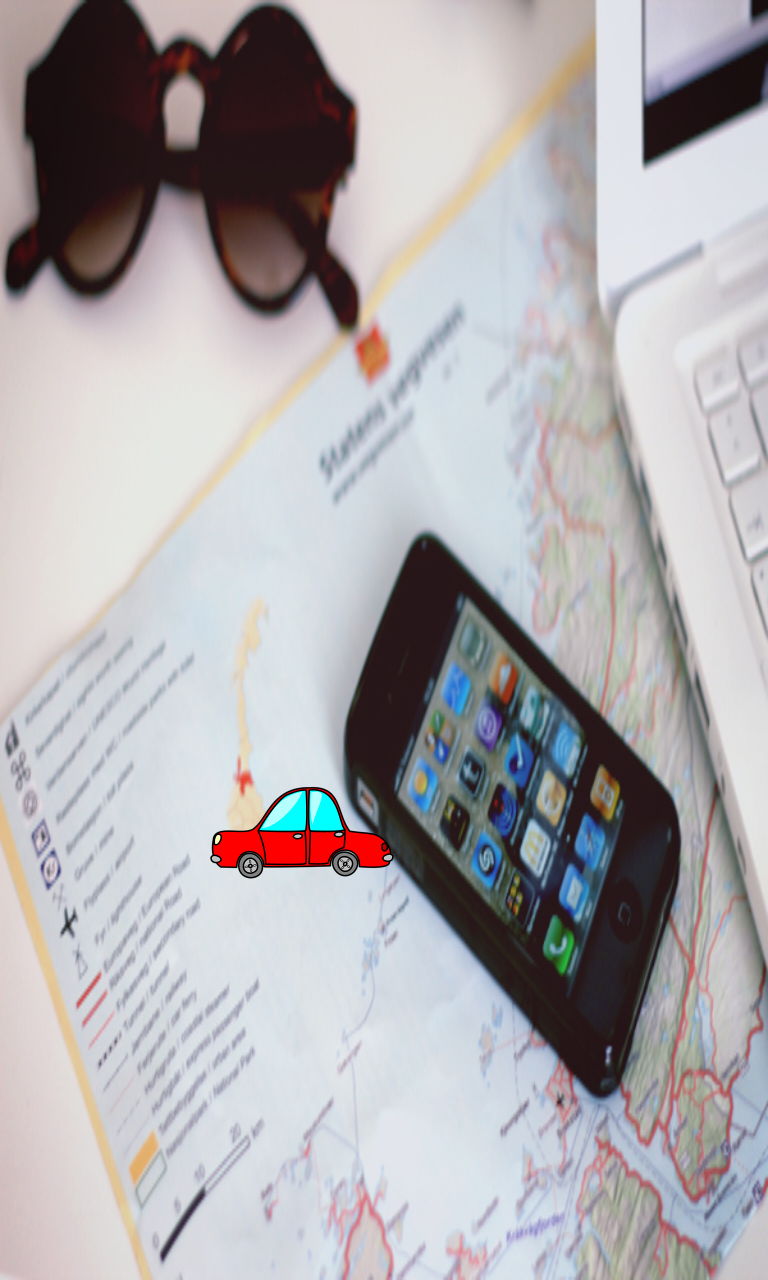
Repository: prernanain27/Android-Travel-Project
Layout: Itravel/res/layout/activity_itravel.xml
An editor plug-in stored every save of this project. The layout is shown before and after the next save, followed by the edit.
It is drawn on a 768 x 1280 px phone screen (xhdpi) without system bars, with theme AppTheme; the app's code is not run.

Above is the layout before, as saved 2013-09-21 03:52:49.

### Itravel/res/layout/activity_itravel.xml
<LinearLayout xmlns:android="http://schemas.android.com/apk/res/android"
    xmlns:tools="http://schemas.android.com/tools"
    android:layout_width="match_parent"
    android:layout_height="match_parent"
    android:orientation="vertical"
    android:background="@drawable/travel2"
    >

    <ImageView
        android:id="@+id/imageView1"
        android:layout_width="292dp"
        android:layout_height="100dp"
        android:src="@drawable/car"
        android:layout_marginTop="370dp"
        android:layout_marginLeft="05dp"/>



</LinearLayout>

Loaded but not shown: Itravel/res/values-v11/styles.xml (common file); Itravel/res/values/styles.xml (common file)

After the next save:
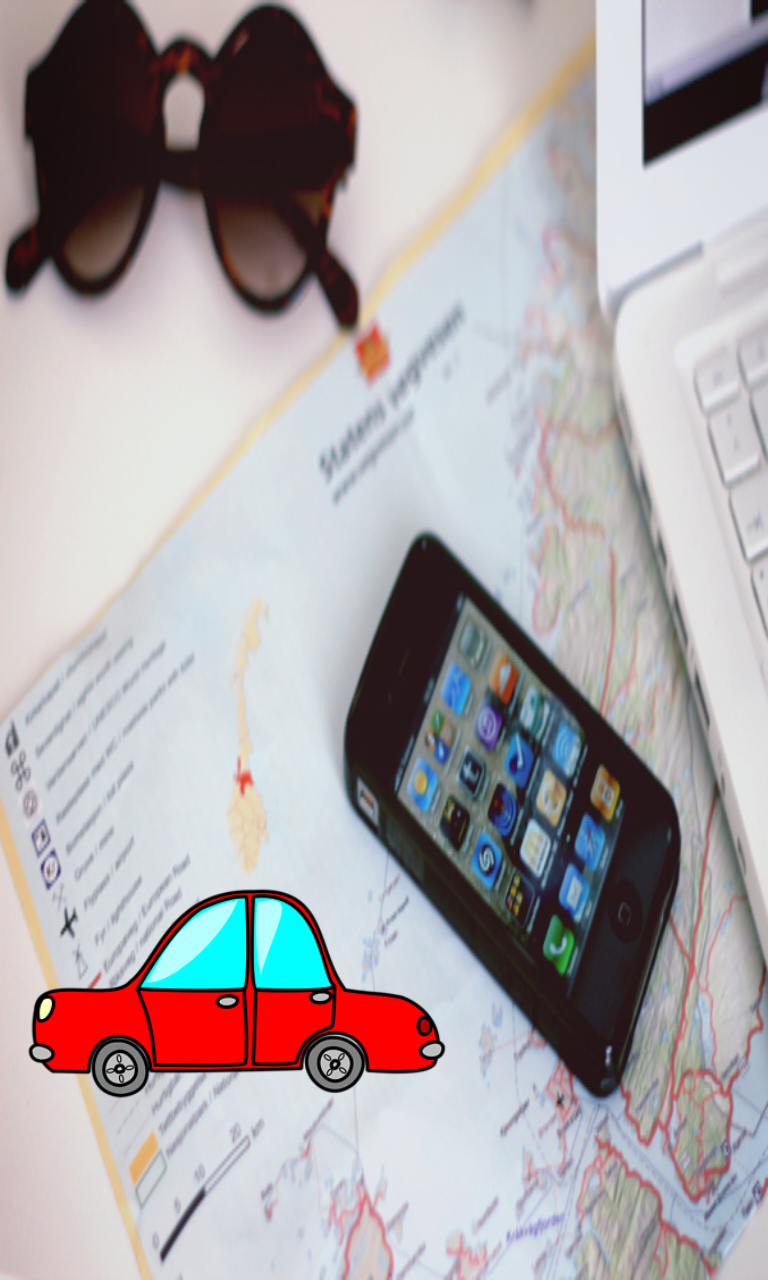
Saved 65 s later.
--- a/Itravel/res/layout/activity_itravel.xml
+++ b/Itravel/res/layout/activity_itravel.xml
@@ -2,18 +2,16 @@
     xmlns:tools="http://schemas.android.com/tools"
     android:layout_width="match_parent"
     android:layout_height="match_parent"
-    android:orientation="vertical"
     android:background="@drawable/travel2"
-    >
+    android:orientation="vertical" >
 
     <ImageView
         android:id="@+id/imageView1"
-        android:layout_width="292dp"
+        android:layout_width="227dp"
         android:layout_height="100dp"
-        android:src="@drawable/car"
+        android:layout_marginLeft="05dp"
         android:layout_marginTop="370dp"
-        android:layout_marginLeft="05dp"/>
-
-
+        android:layout_weight="0.11"
+        android:src="@drawable/car" />
 
 </LinearLayout>
